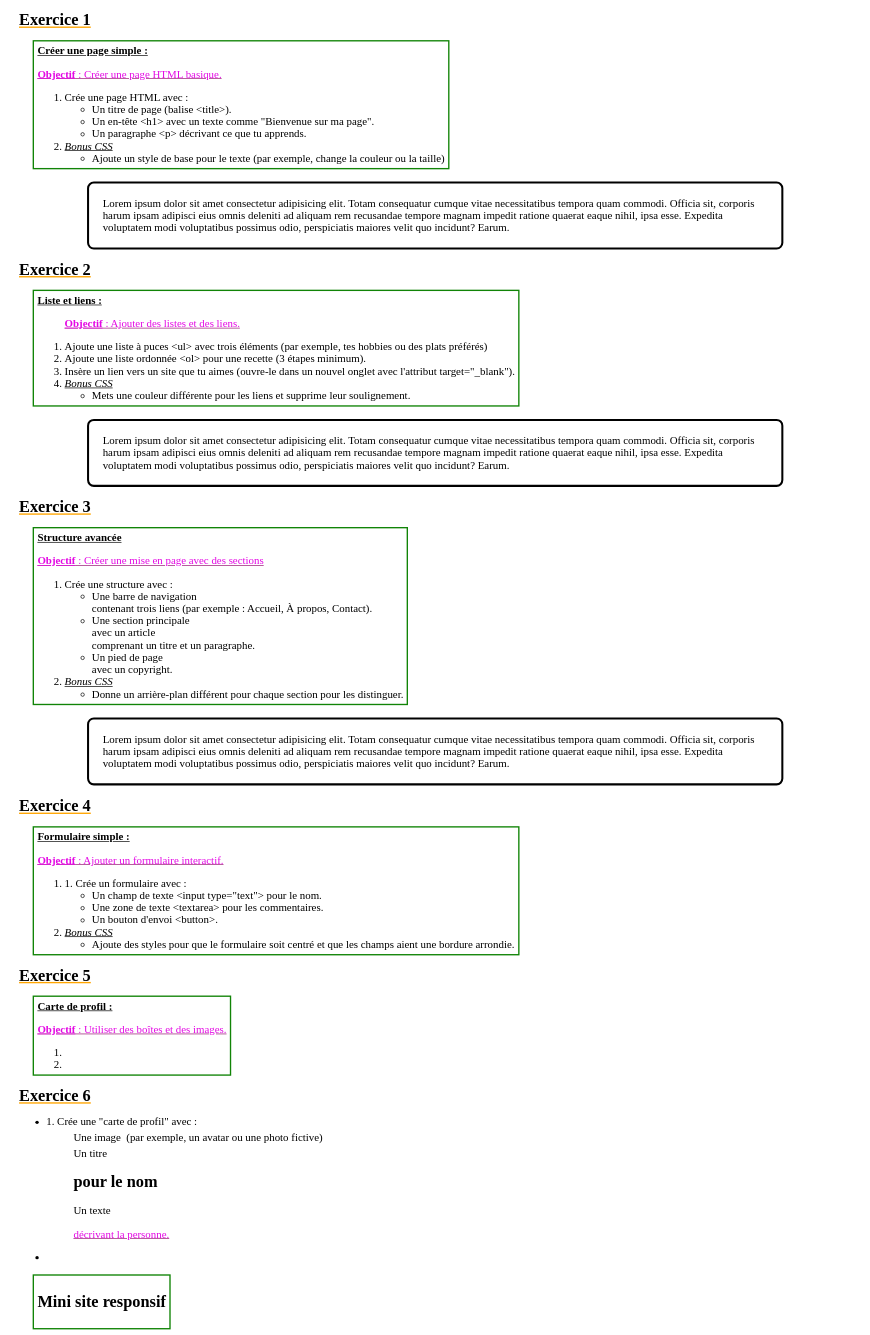
Repository: AnnaSpirit/Mimo_App
Page: Exercices_HTML&CSS.html
An editor plug-in stored every save of this project. The page is shown before and after the next save, followed by the edit.
The browser window is 1280 px wide. The pictures show the whole page, at 68% of full size.

Above is the page before, as saved 2024-12-08 10:47:30.

### Exercices_HTML&CSS.html
<!DOCTYPE html>
<html lang="en">
<head>
    <meta charset="UTF-8">
    <meta name="viewport" content="width=device-width, initial-scale=1.0">
    <link rel="stylesheet" href="styleCSS.css">
    <title>Exercices HTML & CSS</title>
</head>
<body>
<div>
    <h1>Exercice 1</h1>
    <span class="Consigne"><b>Créer une page simple :</b><br>
        <p><b>Objectif</b> : Créer une page HTML basique.</p>
        <ol>
            <li>Crée une page HTML avec :
                <ul>
                    <li>Un titre de page (balise &lt;title&gt;).</li>
                    <li>Un en-tête &lt;h1&gt; avec un texte comme "Bienvenue sur ma page".</li>
                    <li>Un paragraphe &lt;p&gt; décrivant ce que tu apprends.</li>
                </ul>
            </li>
            <li><em>Bonus CSS</em>
                <ul>
                    <li>Ajoute un style de base pour le texte (par exemple, change la couleur ou la taille)</li>
                </ul>
            </li>
        </ol>
    </span>
    <br>
    <br>
    <span class="Resultat">Lorem ipsum dolor sit amet consectetur adipisicing elit. Totam consequatur cumque vitae necessitatibus tempora quam commodi. Officia sit, corporis harum ipsam adipisci eius omnis deleniti ad aliquam rem recusandae tempore magnam impedit ratione quaerat eaque nihil, ipsa esse. Expedita voluptatem modi voluptatibus possimus odio, perspiciatis maiores velit quo incidunt? Earum.</span>

</div>
    <div>
        <h1>Exercice 2</h1>
    <span class="Consigne"><b>Liste et liens :</b>
        <ol>
            <p><b>Objectif</b> : Ajouter des listes et des liens.</p>
            <li>Ajoute une liste à puces &lt;ul&gt; avec trois éléments (par exemple, tes hobbies ou des plats préférés)</li>
            <li>Ajoute une liste ordonnée &lt;ol&gt; pour une recette (3 étapes minimum).</li>
            <li>Insère un lien <a> vers un site que tu aimes (ouvre-le dans un nouvel onglet avec l'attribut target="_blank").</li>
            <li><em>Bonus CSS</em>
                <ul>
                    <li>Mets une couleur différente pour les liens et supprime leur soulignement.</li>
                </ul>
            </li>
        </ol>
    </span>
    <br>
    <br>
    <span class="Resultat">Lorem ipsum dolor sit amet consectetur adipisicing elit. Totam consequatur cumque vitae
        necessitatibus tempora quam commodi. Officia sit, corporis harum ipsam adipisci eius omnis deleniti ad aliquam rem
        recusandae tempore magnam impedit ratione quaerat eaque nihil, ipsa esse. Expedita voluptatem modi voluptatibus
        possimus odio, perspiciatis maiores velit quo incidunt? Earum.</span>
    </div>
    <div>
        <h1>Exercice 3</h1>
        <span class="Consigne"><b>Structure avancée</b><br>
        <p><b>Objectif</b> : Créer une mise en page avec des sections</p>
        <ol>
            <li>Crée une structure avec :</li>
            <ul>
                <li>Une barre de navigation <nav> contenant trois liens (par exemple : Accueil, À propos, Contact).</li>
                <li>Une section principale <main> avec un article <article> comprenant un titre et un paragraphe.</li>
                <li>Un pied de page <footer> avec un copyright.</li>
            </ul>
            <li><em>Bonus CSS </em></li>
            <ul>
                <li>Donne un arrière-plan différent pour chaque section pour les distinguer.</li>
            </ul></li>
        </ol>
    </span>
    <br>
    <br>
    <span class="Resultat">Lorem ipsum dolor sit amet consectetur adipisicing elit. Totam consequatur cumque vitae
        necessitatibus tempora quam commodi. Officia sit, corporis harum ipsam adipisci eius omnis deleniti ad aliquam rem
        recusandae tempore magnam impedit ratione quaerat eaque nihil, ipsa esse. Expedita voluptatem modi voluptatibus
        possimus odio, perspiciatis maiores velit quo incidunt? Earum.</span>
    </div>
    <div>
        <h1>Exercice 4</h1>
    <span class="Consigne"><b>Formulaire simple :</b><br>
        <p><b>Objectif</b> : Ajouter un formulaire interactif.</p>
        <ol>
            <li>1. Crée un formulaire avec :</li>
                <ul>
                    <li>Un champ de texte &lt;input type="text"&gt; pour le nom.</li>
                    <li>Une zone de texte &lt;textarea&gt; pour les commentaires.</li>
                    <li>Un bouton d'envoi &lt;button&gt;.</li>
                </ul>
            </li>
            <li><em>Bonus CSS</em>
                <ul>
                    <li>Ajoute des styles pour que le formulaire soit centré et que les champs aient une bordure arrondie.</li>
                </ul>
            </li>
        </ol>
    </div>
    <div>
        <h1>Exercice 5</h1>
        <span class="Consigne"><b>Carte de profil :</b><br>
            <p><b>Objectif</b> : Utiliser des boîtes et des images.</p>
            <ol>
                <li></li>
                <li></li>
            </ol>
    </div>
    <div>
        <h1>Exercice 6</h1>
        <ul>
            <li>1. Crée une "carte de profil" avec :
                <ol>Une image <img> (par exemple, un avatar ou une photo fictive)</ol>
                <ol>Un titre <h2> pour le nom</ol>
                <ol>Un texte <p> décrivant la personne.</ol>
            </li>
            <li>
                <ol></ol>
            </li>
        </ul>
    <span class="Consigne">
        <h2>Mini site responsif</span>
    </div>
</body>
</html>

### styleCSS.css
html{
    margin: 0 20px 0 20px;
}
h1{
    font-weight: bold;
    font-size: x-large;
    text-decoration: underline orange;
}

ol{
    margin-top: 5px;
    margin-bottom: 0;
}

.Consigne{
    border: 2px solid rgb(17, 132, 7);
        /* Une bordure noire de 2px */
        padding: 5px;
        /* Espace entre le texte et la bordure */
        display: inline-block;
        /* S'assurer que la bordure s'adapte au texte */
        margin: 0 20px;
            /* Décalage de 20px à droite et à gauche */
}
p{
    text-decoration: underline rgb(149, 18, 112);
    color: rgb(228, 7, 228);
}
b, em{
    font-family: fantasy;
    text-decoration: underline;
}
.Resultat{
    border: 3px solid black;
    /* Une bordure noire de 2px */
    padding: 20px;
    /* Espace entre le texte et la bordure */
    border-radius: 10px;
    /* Coins arrondis */
    display: inline-block;
    /* S'assurer que la bordure s'adapte au texte */
    margin: 0 100px 0 100px;
}

After the next save:
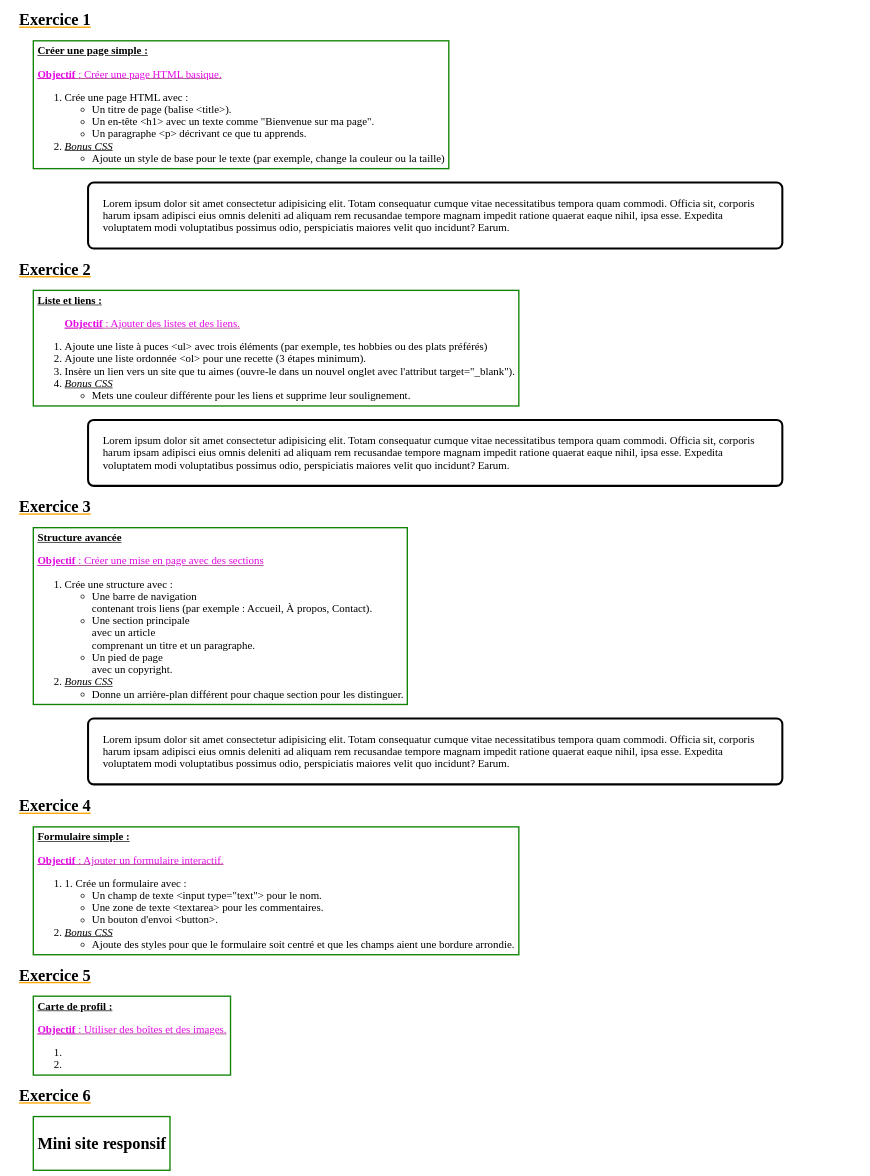
Saved 77 s later.
--- a/Exercices_HTML&CSS.html
+++ b/Exercices_HTML&CSS.html
@@ -107,16 +107,7 @@
     </div>
     <div>
         <h1>Exercice 6</h1>
-        <ul>
-            <li>1. Crée une "carte de profil" avec :
-                <ol>Une image <img> (par exemple, un avatar ou une photo fictive)</ol>
-                <ol>Un titre <h2> pour le nom</ol>
-                <ol>Un texte <p> décrivant la personne.</ol>
-            </li>
-            <li>
-                <ol></ol>
-            </li>
-        </ul>
+
     <span class="Consigne">
         <h2>Mini site responsif</span>
     </div>
